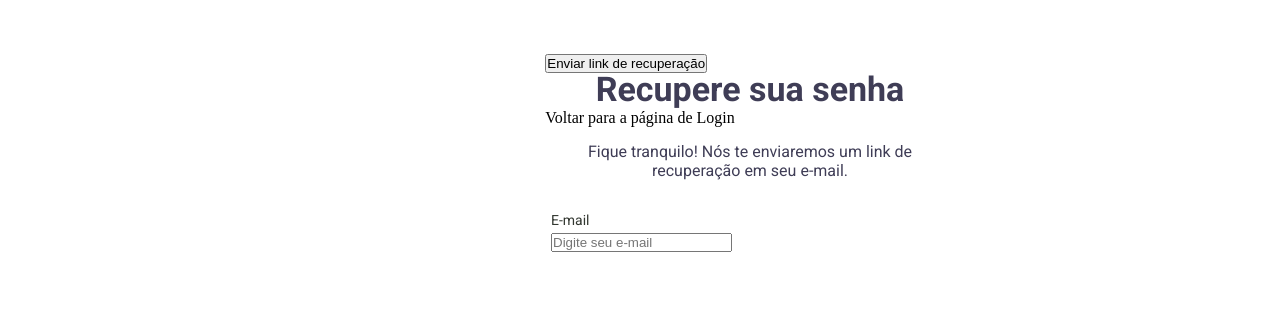
Repository: RenatoCCS/formularios
Page: senha.html
These files come from the project's save history. The page is drawn as it stood at one moment and after the next save; the edit follows.
The browser window is 1280 px wide. The pictures show the whole page.

Above is the page before, as saved 2023-03-27 21:27:53.

### senha.html
<!DOCTYPE html>
<html lang="pt-br">
  <head>
    <meta charset="UTF-8" />
    <meta http-equiv="X-UA-Compatible" content="IE=edge" />
    <meta name="viewport" content="width=device-width, initial-scale=1.0" />
    <link rel="stylesheet" href="style.css" />
    <title>Recupere sua senha</title>
  </head>
  <body class="container">
    <form action="" class="form__Login">
      <div class="form__Senha__Titulo">
        <h1>Recupere sua senha</h1>
      </div>

      <div class="senha__Frase">
        <p>
          Fique tranquilo! Nós te enviaremos um link de recuperação em seu
          e-mail.
        </p>
      </div>
      <br />

      <div class="senha__Email">
        <label class="senha__Email__Titulo" for="email">E-mail</label>
        <br />
        <input
          class="senha__Email__Campo"
          id="email"
          type="email"
          name="email"
          placeholder="Digite seu e-mail"
        />
      </div>
      <br /><br />

      <div>
        <button type="submit">Enviar link de recuperação</button>
      </div>
      <br /><br />

      <div>
        <p>Voltar para a página de Login</p>
      </div>
    </form>
  </body>
</html>

### style.css
@import url('https://fonts.googleapis.com/css2?family= Roboto :wght@400;500;700 & display=swap');

* {
  margin: 0;
  padding: 0;
}

:root {
  --primeira-cor: #3f3d56;
  --segunda-cor: #323730;
  --terceira-cor: #abb3a8;
  --quarta-cor: #ffffff;
  --quinta-cor: #3f3f40;
  --sexta-cor: #da2a41;

  --fonte-primaria: 'Roboto', sans-serif;
}

.container {
  display: flex;
  justify-content: center;
}

.form__Cadastro__Titulo {
  position: absolute;
  width: 302px;
  height: 43px;
  left: 569px;
  top: 68px;
  color: var(--primeira-cor);
  font-family: var(--fonte-primaria);
  font-style: normal;
  font-weight: 700;
  font-size: 17px; /*o indicado é 37px, mas se manter quebra a linha*/
  line-height: 43px;
  text-align: center;
}

.nome__Cadastro {
  position: absolute;
  width: 396px;
  height: 69px;
  top: 139px;
  left: 522px;
}

.nome__Cadastro__Nomecompleto {
  position: absolute;
  width: 100px;
  height: 24px;
  top: -6px;
  left: 0px;
  color: var(--segunda-cor);
  font-family: var(--fonte-primaria);
  font-style: normal;
  font-weight: 400;
  font-size: 14px;
  line-height: 24px;
}

.nome__Cadastro__Campo {
  position: absolute;
  width: 163px;
  height: 24px;
  top: 34px;
  left: 14px;
  color: var(--terceira-cor);
  font-family: var(--fonte-primaria);
  font-style: normal;
  font-weight: 400;
  font-size: 14px;
  line-height: 24px;
  padding: 12px 219px 11px 14px;
}

.nome__Cadastro__Campo {
  box-sizing: border-box;
  border: 1px solid;
  position: absolute;
  width: 396px;
  height: 47px;
  top: 22px;
  left: 0%;
  right: 0%;
  top: 31.88%;
  bottom: 0%;
  color: var(--terceira-cor);
  background-color: var(--quarta-cor);
}

.data__Cadastro {
  position: absolute;
  width: 170px;
  height: 74px;
  left: 522px;
  top: 232px;
}

.data__Cadastro__Nascimento {
  position: absolute;
  width: 127px;
  height: 18px;
  top: -2px;
  left: 0px;
  color: var(--quinta-cor);
  font-family: var(--fonte-primaria);
  font-style: normal;
  font-weight: 400;
  font-size: 14px;
  line-height: 24px;
  display: flex;
  align-items: center;
}

.data__Cadastro__Calendario {
  position: absolute;
  width: 83px;
  height: 24px;
  top: 12px;
  left: 14px;
  color: var(--terceira-cor);
  font-family: var(--fonte-primaria);
  font-style: normal;
  font-weight: 400;
  font-size: 14px;
  line-height: 24px;
  display: flex;
  align-items: center;
  padding: 12px 0px 11px 14px;
}

.data__Cadastro__Calendario {
  box-sizing: border-box;
  border: 1px solid;
  position: absolute;
  width: 170px;
  height: 47px;
  top: 22px;
  left: 0%;
  right: 0%;
  top: 31.88%;
  bottom: 0%;
  color: var(--terceira-cor);
  background-color: var(--quarta-cor);
}

.pais__Cadastro {
  position: absolute;
  width: 208px;
  height: 69px;
  top: 230px;
  left: 710px;
}

.pais__Cadastro__Pais {
  position: absolute;
  width: 34px;
  height: 15px;
  top: -2px;
  left: 0px;
  color: var(--segunda-cor);
  font-family: var(--fonte-primaria);
  font-style: normal;
  font-weight: 400;
  font-size: 14px;
  line-height: 24px;
}

.pais__Cadastro__Vermelho {
  position: absolute;
  width: 34px;
  height: 15px;
  top: -2px;
  left: 30px;
  color: var(--sexta-cor);
  font-family: var(--fonte-primaria);
  font-style: normal;
  font-weight: 400;
  font-size: 14px;
  line-height: 24px;
}

.pais__Cadastro__Campo {
  position: absolute;
  width: 66px;
  height: 24px;
  top: 34px;
  left: 14px;
  color: var(--terceira-cor);
  font-family: var(--fonte-primaria);
  font-style: normal;
  font-weight: 400;
  font-size: 14px;
  line-height: 24px;
  padding: 12px 11px 14px;
}

.pais__Cadastro__Campo {
  box-sizing: border-box;
  border: 1px solid;
  position: absolute;
  width: 208px;
  height: 47px;
  top: 24px;
  left: 0%;
  right: 0%;
  top: 31, 88%;
  bottom: 0%;
  color: var(--terceira-cor);
  background-color: var(--quarta-cor);
}

.pais__Cadastro__Campo option {
  position: absolute;
  color: var(--segunda-cor);
  font-family: var(--fonte-primaria);
  font-style: normal;
  font-weight: 400;
  font-size: 14px;
  line-height: 16px;
}

.pais__Cadastro__Seta {
  position: absolute;
  width: 12px;
  height: 6px;
  top: 45px;
  left: 193px;
}

.genero__Cadastro {
  position: absolute;
  width: 386px;
  height: 50px;
  top: 328px;
  left: 522px;
}

.genero__Cadastro__Titulo {
  position: absolute;
  width: 49px;
  height: 24px;
  top: -2px;
  left: 0px;
  color: var(--segunda-cor);
  font-family: var(--fonte-primaria);
  font-style: normal;
  font-weight: 400;
  font-size: 14px;
  line-height: 24px;
}

.genero__Cadastro__Botao1 {
  position: absolute;
  box-sizing: border-box;
  width: 18px;
  height: 18px;
  top: 32px;
  left: 0px;
}

.genero__Cadastro__Feminino {
  position: absolute;
  width: 58px;
  height: 16px;
  top: 32px;
  left: 24px;
  color: var(--segunda-cor);
  font-family: var(--fonte-primaria);
  font-style: normal;
  font-weight: 400;
  font-size: 14px;
  line-height: 16px;
}

.genero__Cadastro__Botao2 {
  position: absolute;
  box-sizing: border-box;
  width: 18px;
  height: 18px;
  top: 32px;
  left: 137px;
}

.genero__Cadastro__Masculino {
  position: absolute;
  width: 65px;
  height: 16px;
  top: 32px;
  left: 161px;
  color: var(--segunda-cor);
  font-family: var(--fonte-primaria);
  font-style: normal;
  font-weight: 400;
  font-size: 14px;
  line-height: 16px;
}

.genero__Cadastro__Botao3 {
  position: absolute;
  box-sizing: border-box;
  width: 18px;
  height: 18px;
  top: 32px;
  left: 282px;
}

.genero__Cadastro__Naodeclarar {
  position: absolute;
  width: 81px;
  height: 16px;
  top: 32px;
  left: 306px;
  color: var(--segunda-cor);
  font-family: var(--fonte-primaria);
  font-style: normal;
  font-weight: 400;
  font-size: 14px;
  line-height: 16px;
}

.email__Cadastro {
  position: absolute;
  width: 396px;
  height: 69px;
  top: 406px;
  left: 522px;
}

.email__Cadastro__Titulo {
  position: absolute;
  width: 40px;
  height: 24px;
  top: -4px;
  left: 0px;
  color: var(--segunda-cor);
  font-family: var(--fonte-primaria);
  font-style: normal;
  font-weight: 400;
  font-size: 14px;
  line-height: 24px;
}

.email__Cadastro__Campo {
  position: absolute;
  width: 104px;
  height: 24px;
  top: 34px;
  left: 14px;
  color: var(--terceira-cor);
  font-family: var(--fonte-primaria);
  font-style: normal;
  font-weight: 400;
  font-size: 14px;
  line-height: 24px;
  padding: 12px 270px 11px 14px;
}

.email__Cadastro__Campo {
  box-sizing: border-box;
  border: 1px solid;
  position: absolute;
  width: 396px;
  height: 47px;
  top: 22px;
  left: 0%;
  right: 0%;
  top: 31.88%;
  bottom: 0%;
  color: var(--terceira-cor);
  background-color: var(--quarta-cor);
}

.senha__Cadastro {
  position: absolute;
  width: 396px;
  height: 75px;
  top: 497px;
  left: 522px;
}

.senha__Cadastro__Titulo {
  position: absolute;
  width: 39px;
  height: 24px;
  top: -4px;
  left: 0px;
  color: var(--segunda-cor);
  font-family: var(--fonte-primaria);
  font-style: normal;
  font-weight: 400;
  font-size: 14px;
  line-height: 24px;
}

.senha__Cadastro__Campo {
  position: absolute;
  width: 97px;
  height: 24px;
  top: 34px;
  left: 14px;
  color: var(--terceira-cor);
  font-family: var(--fonte-primaria);
  font-style: normal;
  font-weight: 400;
  font-size: 14px;
  line-height: 24px;
  padding: 12px 278px 11px 14px;
}

.senha__Cadastro__Campo {
  box-sizing: border-box;
  border: 1px solid;
  position: absolute;
  width: 396px;
  height: 47px;
  top: 22px;
  left: 0%;
  right: 0%;
  top: 31.88%;
  bottom: 0%;
  color: var(--terceira-cor);
  background-color: var(--quarta-cor);
}

.confirma__Cadastro {
  position: absolute;
  width: 396px;
  height: 75px;
  top: 594px;
  left: 522px;
}

.confirma__Cadastro__Titulo {
  position: absolute;
  width: 126px;
  height: 24px;
  top: -4px;
  left: 0px;
  color: var(--segunda-cor);
  font-family: var(--fonte-primaria);
  font-style: normal;
  font-weight: 400;
  font-size: 14px;
  line-height: 24px;
}

.confirma__Cadastro__Campo {
  position: absolute;
  width: 104px;
  height: 24px;
  top: 34px;
  left: 14px;
  color: var(--terceira-cor);
  font-family: var(--fonte-primaria);
  font-style: normal;
  font-weight: 400;
  font-size: 14px;
  line-height: 24px;
  padding: 12px 276px 11px 14px;
}

.confirma__Cadastro__Campo {
  box-sizing: border-box;
  border: 1px solid;
  position: absolute;
  width: 396px;
  height: 47px;
  top: 22px;
  left: 0%;
  right: 0%;
  top: 31.88%;
  bottom: 0%;
  color: var(--terceira-cor);
  background-color: var(--quarta-cor);
}

.termo__Cadastro {
  position: absolute;
  width: 396px;
  height: 34px;
  top: 697px;
  left: 522px;
}

.termo__Cadastro__Botao {
  position: absolute;
  width: 18px;
  height: 18px;
  top: 0px;
  left: 0px;
  color: var(--segunda-cor);
  font-family: var(--fonte-primaria);
  font-style: normal;
  font-weight: 400;
  font-size: 14px;
  line-height: 24px;
}

.termo__Cadastro__Texto {
  position: absolute;
  width: 368px;
  height: 34px;
  top: -3px;
  left: 30px;
  color: var(--segunda-cor);
  font-family: var(--fonte-primaria);
  font-style: normal;
  font-weight: 400;
  font-size: 14px;
  line-height: 130%;
}

.botao__Cadastro {
  position: absolute;
  width: 396px;
  height: 47px;
  top: 759px;
  left: 522px;
}

.botao__Cadastro__Cadastrar {
  box-sizing: border-box;
  border: 1px solid;
  border-radius: 5px;
  position: absolute;
  width: 396px;
  height: 47px;
  top: 0px;
  background-color: var(--primeira-cor);
}

.botao__Cadastro__Cadastrar {
  color: var(--quarta-cor);
  font-family: var(--fonte-primaria);
  font-style: normal;
  font-weight: 500;
  font-size: 16px;
  line-height: 19px;
  text-align: center;
}

.pergunta__Cadastro {
  position: absolute;
  width: 300px;
  height: 16px;
  top: 834px;
  left: 572px;
  color: var(--segunda-cor);
  font-family: var(--fonte-primaria);
  font-style: normal;
  font-weight: 400;
  font-size: 14px;
  line-height: 16px;
}

/*Inicio da parte Login*/

.form__Login__Titulo {
  position: absolute;
  width: 300px; /*O indicado era 240*/
  height: 43px;
  top: 68px;
  left: 601px;
  color: var(--primeira-cor);
  font-family: var(--fonte-primaria);
  font-style: normal;
  font-weight: 700;
  font-size: 37px;
  line-height: 43px;
  text-align: center;
}

.email__Login {
  position: absolute;
  width: 515px;
  height: 69px;
  top: 142px;
  left: 480px;
}

.email__Login__Titulo {
  position: absolute;
  width: 478px;
  height: 16px;
  top: 0px;
  left: 0px;
  color: var(--segunda-cor);
  font-family: var(--fonte-primaria);
  font-style: normal;
  font-weight: 400;
  font-size: 14px;
  line-height: 16px;
}

.email__Login__Campo {
  position: absolute;
  width: 104px;
  height: 16px;
  top: 38px;
  left: 17px;
  color: var(--terceira-cor);
  font-family: var(--fonte-primaria);
  font-style: normal;
  font-weight: 400;
  font-size: 14px;
  line-height: 16px;
  padding: 16px 390px 15px 17px;
}

.email__Login__Campo {
  box-sizing: border-box;
  border: 1px solid;
  position: absolute;
  width: 515px;
  height: 47px;
  top: 22px;
  left: 0%;
  right: 0%;
  top: 31.88%;
  bottom: 0%;
  color: var(--terceira-cor);
  background-color: var(--quarta-cor);
}

.senha__Login {
  position: absolute;
  width: 515px;
  height: 69px;
  top: 250px;
  left: 480px;
}

.senha__Login__Titulo {
  position: absolute;
  width: 39px;
  height: 16px;
  top: 0px;
  left: 0px;
  color: var(--segunda-cor);
  font-family: var(--fonte-primaria);
  font-style: normal;
  font-weight: 400;
  font-size: 14px;
  line-height: 16px;
}

.senha__Login__Campo {
  position: absolute;
  width: 97px;
  height: 16px;
  top: 288px;
  left: 480px;
  color: var(--terceira-cor);
  font-family: var(--fonte-primaria);
  font-style: normal;
  font-weight: 400;
  font-size: 14px;
  line-height: 16px;
  padding: 16px 390px 15px 17px;
}

.senha__Login__Campo {
  box-sizing: border-box;
  border: 1px solid;
  position: absolute;
  width: 515px;
  height: 47px;
  top: 22px;
  left: 0%;
  right: 0%;
  top: 31.88%;
  bottom: 0%;
  color: var(--terceira-cor);
  background-color: var(--quarta-cor);
}

.conectado__Login__Botao {
  position: absolute;
  width: 18px;
  height: 18px;
  top: 345px;
  left: 480px;
}

.conectado__Login__Texto {
  position: absolute;
  width: 165px;
  height: 16px;
  top: 346px;
  left: 510px;
  color: var(--segunda-cor);
  font-family: var(--fonte-primaria);
  font-style: normal;
  font-weight: 400;
  font-size: 14px;
  line-height: 16px;
}

.conectado__Login__Senha {
  position: absolute;
  width: 150px;
  height: 16px;
  top: 346px;
  left: 844px;
  color: var();
  font-family: var(--fonte-primaria);
  font-style: normal;
  font-weight: 400;
  font-size: 14px;
  line-height: 16px;
}

.botao__Login {
  position: absolute;
  width: 514px;
  height: 47px;
  top: 393px;
  left: 480px;
}

.botao__Entrar__Login {
  position: absolute;
  width: 43px;
  height: 19px;
  top: 14px;
  left: 236px;
  color: var(--quarta-cor);
  font-family: var(--fonte-primaria);
  font-style: normal;
  font-weight: 500;
  font-size: 16px;
  line-height: 19px;
}

.botao__Entrar__Login {
  box-sizing: border-box;
  border: 1px solid;
  position: absolute;
  width: 514px;
  height: 47px;
  top: 22px;
  left: 0%;
  right: 0%;
  top: 0%;
  bottom: 0%;
  color: var(--quarta-cor);
  background-color: var(--primeira-cor);
}

.semConta__Login____Frase {
  position: absolute;
  width: 255px;
  height: 16px;
  top: 472px;
  left: 596px;
  color: var(--segunda-cor);
  font-family: var(--fonte-primaria);
  font-style: normal;
  font-weight: 400;
  font-size: 14px;
  line-height: 16px;
}

/*Inicio da parte de recupere a senha*/

.form__Senha__Titulo {
  position: absolute;
  width: 396px;
  height: 43px;
  top: 68px;
  left: 552px;
  color: var(--primeira-cor);
  font-family: var(--fonte-primaria);
  font-style: normal;
  font-weight: 700;
  font-size: 17px;
  line-height: 43px;
  text-align: center;
}

.senha__Frase {
  position: absolute;
  width: 396px;
  height: 38px;
  top: 142px;
  left: 552px;
  color: var(--primeira-cor);
  font-family: var(--fonte-primaria);
  font-style: normal;
  font-weight: 400;
  font-size: 16px;
  line-height: 19px;
  text-align: center;
}

.senha__Email {
  position: absolute;
  width: 396px;
  height: 69px;
  top: 215px;
  left: 551px;
}

.senha__Email__Titulo {
  position: absolute;
  width: 40px;
  height: 20px;
  top: -7px;
  left: 0px;
  color: var(--segunda-cor);
  font-family: var(--fonte-primaria);
  font-style: normal;
  font-weight: 400;
  font-size: 14px;
  line-height: 24px;
}

.senha__Login__Campo {
  position: absolute;
  width: 104px;
  height: 24px;
  top: 34px;
  left: 20px;
  color: var(--terceira-cor);
  font-family: var(--fonte-primaria);
  font-style: normal;
  font-weight: 400;
  font-size: 14px;
  line-height: 24px;
  padding: 12px 272px 11px 20px;
}

.senha__Login__Campo {
  box-sizing: border-box;
  border: 1px solid;
  position: absolute;
  width: 515px;
  height: 47px;
  top: 22px;
  left: 0%;
  right: 0%;
  top: 31.88%;
  bottom: 0%;
  color: var(--terceira-cor);
  background-color: var(--quarta-cor);
}

After the next save:
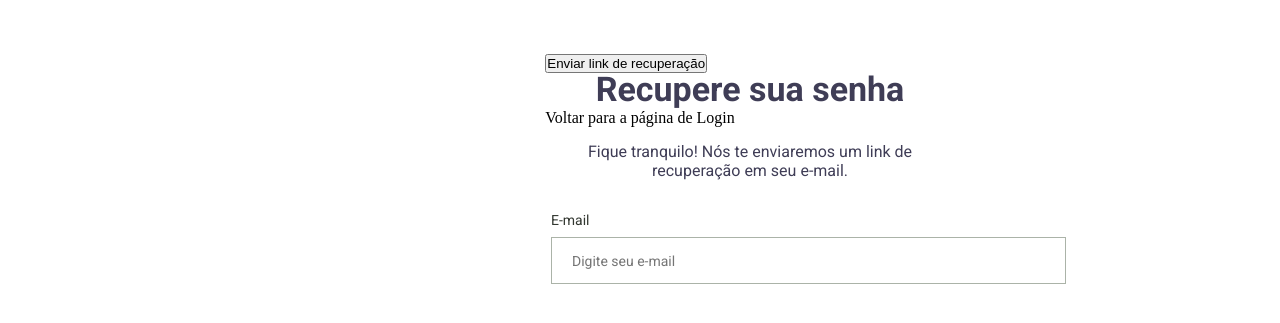
Saved 76 s later.
--- a/style.css
+++ b/style.css
@@ -816,7 +816,7 @@
   line-height: 24px;
 }
 
-.senha__Login__Campo {
+.senha__Email__Campo {
   position: absolute;
   width: 104px;
   height: 24px;
@@ -831,7 +831,7 @@
   padding: 12px 272px 11px 20px;
 }
 
-.senha__Login__Campo {
+.senha__Email__Campo {
   box-sizing: border-box;
   border: 1px solid;
   position: absolute;
